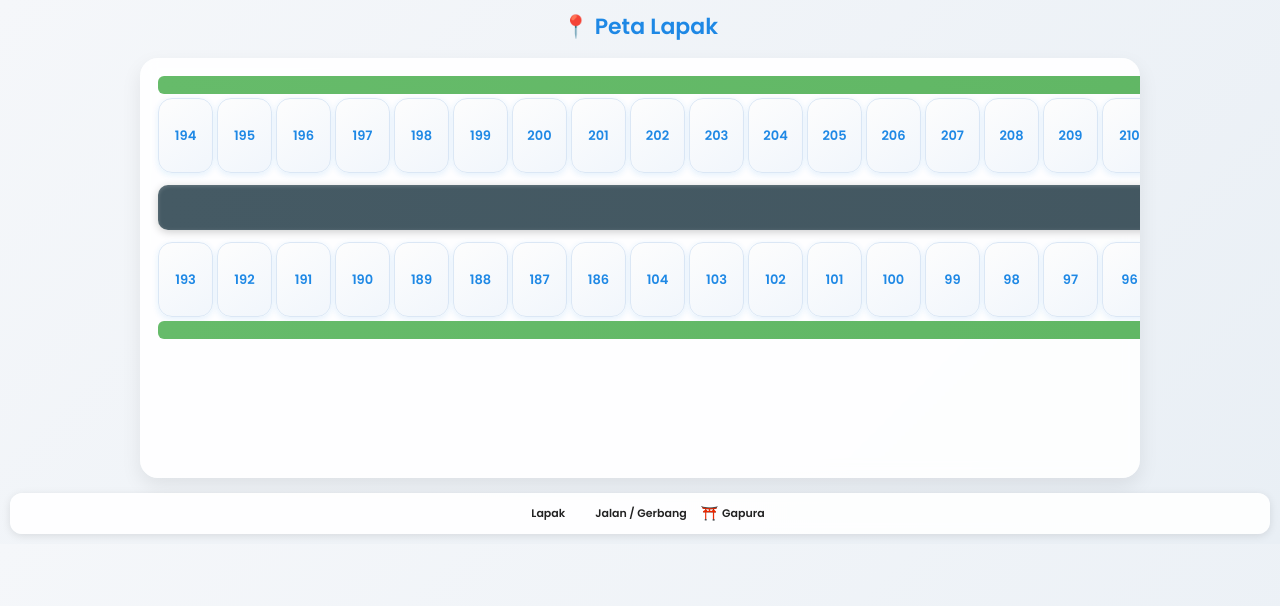
Repository: pasarrakyatbak/denah
Page: index.html
These files come from the project's save history. The page is drawn as it stood at one moment and after the next save; the edit follows.
The browser window is 1280 px wide. The pictures show the whole page.

Above is the page before, as saved 2025-09-19 20:08:08.

### index.html
<!DOCTYPE html>
<html lang="id">

<head>
    <meta charset="utf-8" />
    <meta name="viewport" content="width=device-width, initial-scale=1" />
    <title>Peta Lapak Modern</title>
    <link href="https://fonts.googleapis.com/css2?family=Poppins:wght@400;600&display=swap" rel="stylesheet">
    <link rel="stylesheet" href="style.css" />
</head>

<body>
    <h1>📍 Peta Lapak</h1>

    <!-- Tooltip -->
    <div class="tooltip" id="tooltip"></div>

    <!-- Grid Container -->
    <div class="scroll-container">
        <div class="h-inner">
            <!-- Rumput kiri -->
            <div class="rumput-wrapper">
                <div class="rumput"></div>
            </div>

            <!-- Lapak kanan (sekarang di atas jalan utama) -->
            <div class="row bottom" id="right-side"></div>
            <!-- Jalan utama -->
            <div class="road-wrapper">
                <div class="road">JALAN UTAMA</div>
            </div>

            <!-- Lapak kiri (sekarang di bawah jalan utama) -->
            <div class="row top" id="left-side"></div>

            <!-- Rumput kanan -->
            <div class="rumput-wrapper">
                <div class="rumput"></div>
            </div>
        </div>
    </div>


    <!-- Legend -->
    <div class="legend">
        <div>
            <div class="legend-color lapak-color"></div> Lapak
        </div>
        <div>
            <div class="legend-color jalan-color"></div> Jalan / Gerbang
        </div>
        <div>
            <div class="legend-icon">⛩️</div> Gapura
        </div>
    </div>
    </div>

    <script src="script.js"></script>
</body>

</html>

### style.css
/* Reset & Base */
* {
    margin: 0;
    padding: 0;
    box-sizing: border-box;
}

body {
    font-family: 'Poppins', sans-serif;
    background: linear-gradient(135deg, #f5f7fa, #e9eff5);
    color: #222;
    padding: 10px;
    text-align: center;
}

h1 {
    font-size: 22px;
    margin-bottom: 15px;
    color: #1e88e5;
    font-weight: 700;
}

/* Scroll container */
.scroll-container {
    width: 100%;
    max-width: 1000px;
    height: 420px;
    overflow: auto;
    background: rgba(255, 255, 255, 0.9);
    border-radius: 18px;
    padding: 18px;
    backdrop-filter: blur(8px);
    box-shadow: 0 8px 20px rgba(0, 0, 0, 0.08);
    margin: auto;
    transition: 0.3s ease;
}

.h-inner {
    display: flex;
    flex-direction: column;
    gap: 4px;
    min-width: max-content;
}

.row {
    display: flex;
    align-items: flex-start;
    flex-wrap: wrap;
    min-width: max-content;
    gap: 4px;
}

/* Lapak compact modern */
.lapak {
    width: 55px;
    height: 75px;
    border-radius: 14px;
    background: linear-gradient(145deg, #fdfdfd, #f1f6fc);
    border: 1px solid #dbe7f5;
    color: #1e88e5;
    font-weight: 600;
    display: flex;
    align-items: center;
    justify-content: center;
    cursor: pointer;
    font-size: 13px;
    transition: all 0.25s ease;
    box-shadow: 0 2px 6px rgba(30, 136, 229, 0.12);
}

.lapak:hover {
    background: linear-gradient(145deg, #1e88e5, #1565c0);
    color: #fff;
    transform: translateY(-5px) scale(1.07);
    box-shadow: 0 8px 18px rgba(30, 136, 229, 0.3);
}

/* Jalan utama */
.road {
    height: 45px;
    background: linear-gradient(90deg, #455a64, #37474f);
    color: #fff;
    display: flex;
    align-items: center;
    justify-content: center;
    border-radius: 10px;
    font-weight: 600;
    font-size: 13px;
    margin: 8px 0;
    letter-spacing: 0.5px;
    box-shadow: inset 0 1px 4px rgba(255, 255, 255, 0.2),
        0 2px 8px rgba(0, 0, 0, 0.2);
}

/* Jalan / Gerbang */
.jalan-gerbang {
    width: 100px;
    height: 35px;
    background: linear-gradient(145deg, #ff9800, #f57c00);
    color: #fff;
    display: flex;
    align-items: center;
    justify-content: center;
    border-radius: 10px;
    font-weight: 600;
    font-size: 12px;
    box-shadow: 0 4px 10px rgba(255, 152, 0, 0.35);
    transition: 0.25s ease;
}

.jalan-gerbang:hover {
    background: linear-gradient(145deg, #fb8c00, #ef6c00);
    transform: translateY(-3px) scale(1.05);
}

/* Gapura lintas jalan */
.gapura-container {
    width: 50px;
    height: 75px;
    display: flex;
    flex-direction: column;
    align-items: center;
    justify-content: center;
    gap: 2px;
}

.gapura-icon {
    font-size: 20px;
}

.gapura-arrow {
    font-size: 14px;
}

/* Rumput */
.rumput-wrapper {
    position: relative;
}

.rumput {
    height: 18px;
    width: 100%;
    background: linear-gradient(90deg, #66bb6a, #43a047);
    border-radius: 6px;
}

/* Legend */
.legend {
    margin-top: 15px;
    background: rgba(255, 255, 255, 0.9);
    padding: 10px 14px;
    border-radius: 12px;
    font-size: 11px;
    font-weight: 600;
    display: flex;
    gap: 14px;
    justify-content: center;
    flex-wrap: wrap;
    box-shadow: 0 2px 8px rgba(0, 0, 0, 0.1);
    backdrop-filter: blur(6px);
}

.legend div {
    display: flex;
    align-items: center;
    gap: 4px;
}

.legend-color {
    width: 12px;
    height: 12px;
    border-radius: 3px;
}

.legend-icon {
    font-size: 14px;
}

/* Responsive */
/* Responsif HP kecil */
@media (max-width: 480px) {
    .lapak {
        width: 42px;
        height: 60px;
        font-size: 10px;
    }
}

/* Responsif Tablet */
@media (min-width: 481px) and (max-width: 1024px) {
    .lapak {
        width: 50px;
        height: 70px;
        font-size: 12px;
    }
}

/* Desktop normal */
@media (min-width: 1025px) {
    .lapak {
        width: 55px;
        height: 75px;
        font-size: 13px;
    }
}

### script.js
// DATA NOMOR
const leftNumbers = [1, 2, 3, 4, 5, 6, 7, 8, 9, 10, 11, 15, 16, 17, 18, 19, 20, 21, 22, 23, 24, 25, 26, 27, 28, 29, 30, 31, 32, 33, 34, 35, 36, 37, 38, 39, 40, 41, 42, 43, 44, 45, 46, 47, 48, 49, 50, 51, 52, 53, 54, 55, 56, 57, 58, 59, 60, 61, 62, 63, 64, 65, 66, 67, 68, 69, 70, 71, 72, 73, 74, 75, 76, 77, 78, 79, 80, 81, 82, 83, 84, 85, 86, 87, 88, 89, 90, 91, 92, 93, 94, 95, 96, 97, 98, 99, 100, 101, 102, 103, 104, 186, 187, 188, 189, 190, 191, 192, 193];
const rightNumbers = [194, 195, 196, 197, 198, 199, 200, 201, 202, 203, 204, 205, 206, 207, 208, 209, 210, 211, 212, 213, 105, 106, 107, 108, 109, 110, 111, 112, 113, 114, 115, 116, 117, 118, 119, 120, 121, 122, 123, 124, 125, 126, 127, 128, 129, 130, 131, 132, 133, 134, 135, 136, 137, 138, 214, 215, 216, 139, 140, 141, 142, 143, 144, 145, 146, 147, 148, 149, 150, 151, 152, 153, 154, 155, 156, 157, 158, 159, 160, 161, 162, 163, 164, 165, 166, 167, 168, 169, 170, 171, 172, 173, 174, 175, 176, 177, 178, 179, 180, 181, 182, 183, 184, 185];

const rightSide = document.getElementById('right-side');
const leftSide = document.getElementById('left-side');

// Buat lapak
function makeLapak(num) {
    const d = document.createElement('div');
    d.className = 'lapak';
    d.textContent = num;
    return d;
}

rightNumbers.forEach(n => rightSide.appendChild(makeLapak(n)));
leftNumbers.slice().reverse().forEach(n => leftSide.appendChild(makeLapak(n)));

// Gerbang
function insertGerbangBetween(parent, a, b, label = 'Gerbang') {
    const children = Array.from(parent.children);
    const idxA = children.findIndex(c => c.textContent == String(a));
    const idxB = children.findIndex(c => c.textContent == String(b));
    if (idxA === -1 || idxB === -1) return;
    const insertAfterIndex = Math.min(idxA, idxB);
    const refNode = parent.children[insertAfterIndex + 1] || null;
    const g = document.createElement('div');
    g.className = 'jalan-gerbang';
    g.textContent = label;
    parent.insertBefore(g, refNode);
}
insertGerbangBetween(leftSide, 2, 3);
insertGerbangBetween(leftSide, 11, 15);

// Gapura lintas jalan
function insertGapura(leftParent, rightParent, a, b) {
    const idxL = Array.from(leftParent.children).findIndex(c => c.textContent == a);
    const idxR = Array.from(rightParent.children).findIndex(c => c.textContent == b);
    if (idxL === -1 || idxR === -1) return;

    const gapuraBottom = document.createElement('div');
    gapuraBottom.className = 'gapura-container';
    gapuraBottom.innerHTML = `<div class="gapura-icon">⛩️</div><div class="gapura-arrow">⬆️</div>`;
    leftParent.insertBefore(gapuraBottom, leftParent.children[idxL + 1]);

    const gapuraTop = document.createElement('div');
    gapuraTop.className = 'gapura-container';
    gapuraTop.innerHTML = `<div class="gapura-arrow">⬇️</div><div class="gapura-icon">⛩️</div>`;
    rightParent.insertBefore(gapuraTop, rightParent.children[idxR]);
}
insertGapura(leftSide, rightSide, 57, 146);

// Jalan
function insertJalan(parent, a, b, label = 'Jalan') {
    const idxA = Array.from(parent.children).findIndex(c => c.textContent == a);
    const idxB = Array.from(parent.children).findIndex(c => c.textContent == b);
    if (idxA === -1 || idxB === -1) return;
    const insertAfter = Math.min(idxA, idxB);
    const refNode = parent.children[insertAfter + 1] || null;
    const jalan = document.createElement('div');
    jalan.className = 'jalan-gerbang';
    jalan.textContent = label;
    parent.insertBefore(jalan, refNode);
}

// Contoh insert
insertJalan(rightSide, 156, 157);
insertJalan(rightSide, 216, 139);
insertJalan(rightSide, 163, 164);
insertJalan(rightSide, 180, 181);

const tooltip = document.getElementById('tooltip');

function showTooltip(e, text) {
    tooltip.textContent = text;
    tooltip.style.left = e.pageX + 10 + 'px';
    tooltip.style.top = e.pageY + 10 + 'px';
    tooltip.style.opacity = 1;
}

function hideTooltip() {
    tooltip.style.opacity = 0;
}

// Tambahkan tooltip untuk setiap elemen
document.querySelectorAll('.lapak').forEach(el => {
    el.addEventListener('mouseenter', e => showTooltip(e, 'Lapak #' + el.textContent));
    el.addEventListener('mousemove', e => showTooltip(e, 'Lapak #' + el.textContent));
    el.addEventListener('mouseleave', hideTooltip);
});

document.querySelectorAll('.jalan-gerbang').forEach(el => {
    el.addEventListener('mouseenter', e => showTooltip(e, 'Jalan / Gerbang: ' + el.textContent));
    el.addEventListener('mousemove', e => showTooltip(e, 'Jalan / Gerbang: ' + el.textContent));
    el.addEventListener('mouseleave', hideTooltip);
});
document.querySelectorAll('.gapura-container').forEach(el => {
    el.addEventListener('mouseenter', e => showTooltip(e, 'Gapura Lintas Jalan'));
    el.addEventListener('mousemove', e => showTooltip(e, 'Gapura Lintas Jalan'));
    el.addEventListener('mouseleave', hideTooltip);
});

After the next save:
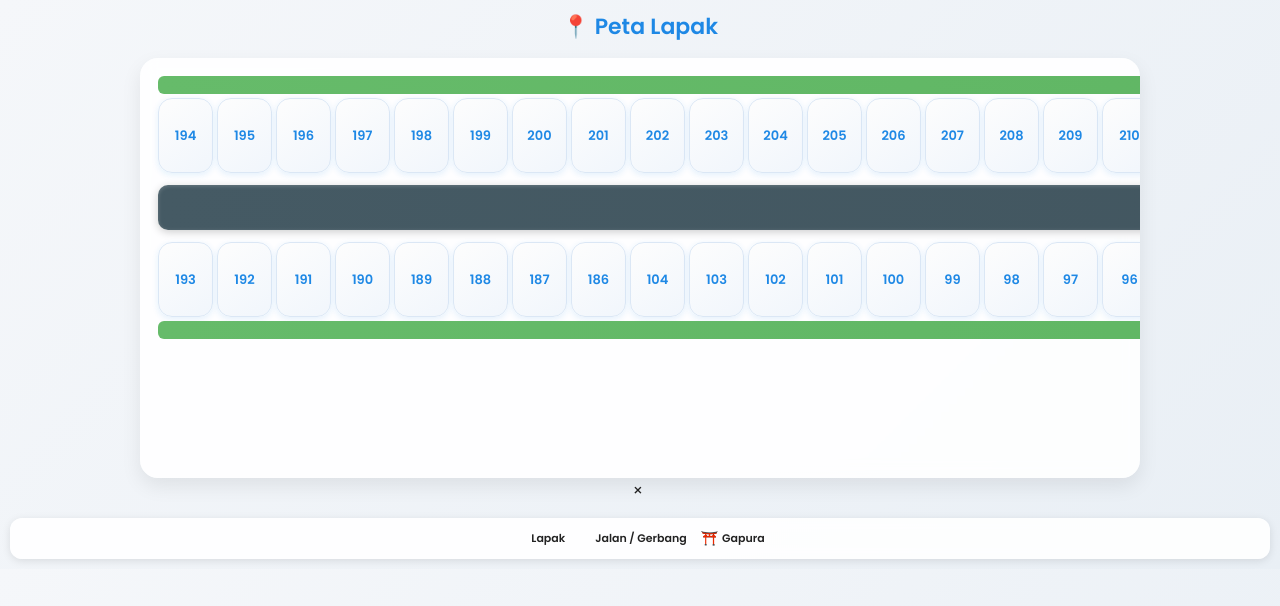
Saved 14 h 24 min later.
--- a/index.html
+++ b/index.html
@@ -39,7 +39,12 @@
             </div>
         </div>
     </div>
-
+    <!-- Modal Foto -->
+    <div id="photoModal" class="modal">
+        <span class="modal-close" id="modalClose">&times;</span>
+        <img class="modal-content" id="modalImg" />
+        <div id="caption"></div>
+    </div>
 
     <!-- Legend -->
     <div class="legend">

After the save that followed:
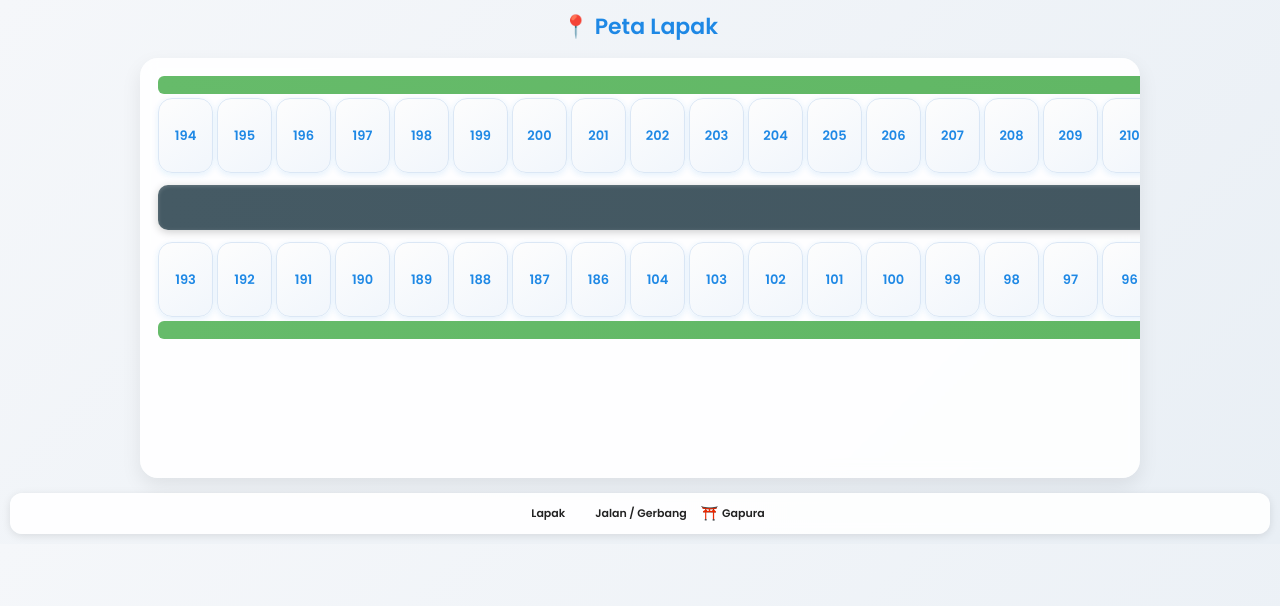
Saved 15 s later.
--- a/style.css
+++ b/style.css
@@ -176,6 +176,50 @@ h1 {
     font-size: 14px;
 }
 
+/* Modal */
+.modal {
+    display: none;
+    position: fixed;
+    z-index: 999;
+    padding-top: 60px;
+    left: 0;
+    top: 0;
+    width: 100%;
+    height: 100%;
+    overflow: auto;
+    background-color: rgba(0, 0, 0, 0.8);
+}
+
+.modal-content {
+    margin: auto;
+    display: block;
+    max-width: 90%;
+    max-height: 80%;
+    border-radius: 12px;
+}
+
+.modal-close {
+    position: absolute;
+    top: 20px;
+    right: 35px;
+    color: #fff;
+    font-size: 40px;
+    font-weight: bold;
+    cursor: pointer;
+    transition: 0.3s;
+}
+
+.modal-close:hover {
+    color: #ff9800;
+}
+
+#caption {
+    margin: 15px auto;
+    text-align: center;
+    color: #fff;
+    font-size: 16px;
+}
+
 /* Responsive */
 /* Responsif HP kecil */
 @media (max-width: 480px) {
